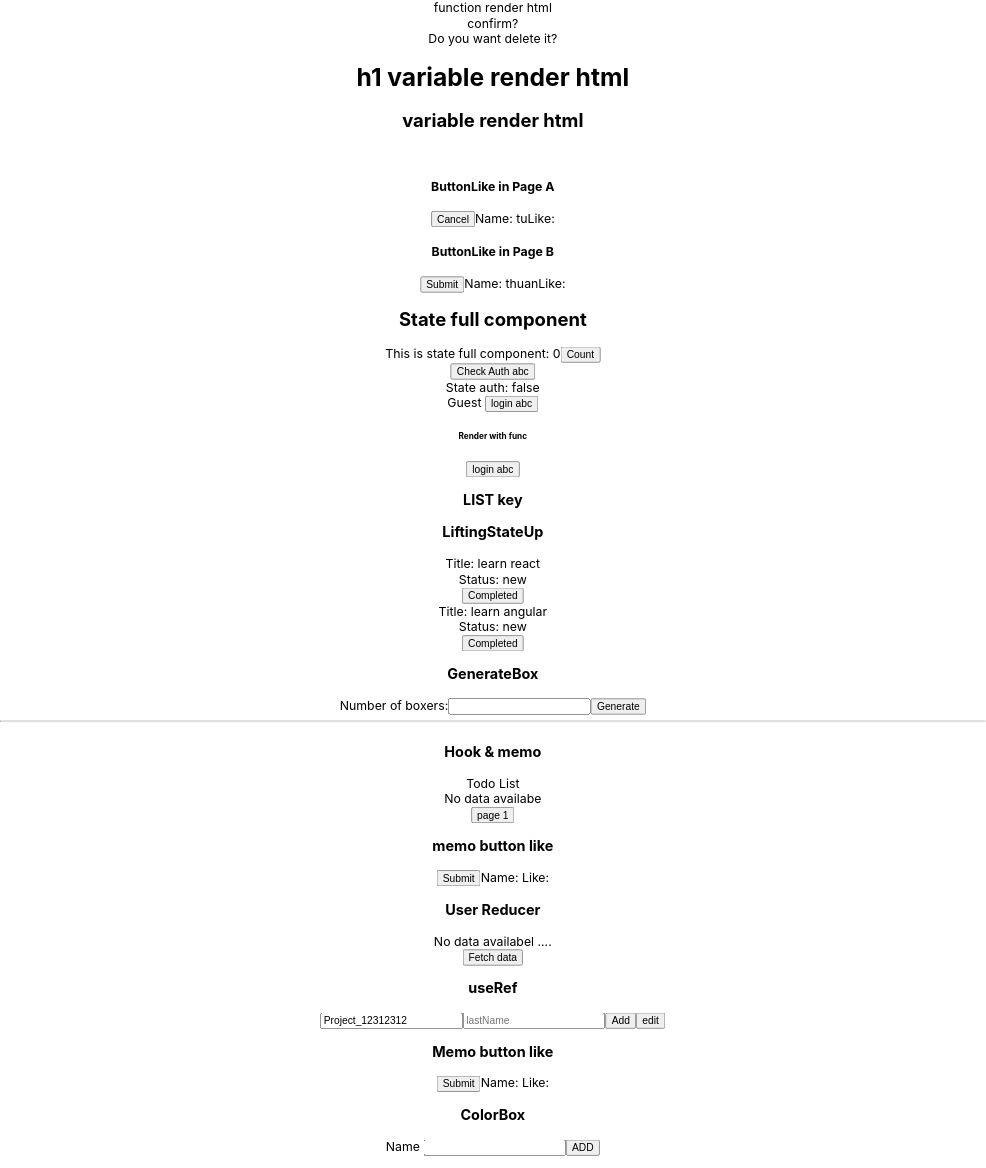
Repository: HoangTu18/reactjs-exercise
Page: /
An editor plug-in stored every save of this project. The page is shown before and after a run of saves, followed by the edit.
The browser window is 1280 px wide. The pictures show the whole page, at 77% of full size.
The page's requests for data from a server got no answer. The project was rebuilt for these pictures with package versions that can differ from the ones it lists, and the page was loaded fresh each time. No one was signed in, and anything a server would have sent is missing. Also part of the build but not shown: src/pages/StateObject.jsx, src/components/GenerateBox/GenerateBoxItem.jsx.

Above is the page before, as saved 2022-06-15 15:31:58.

After the next 3 saves:
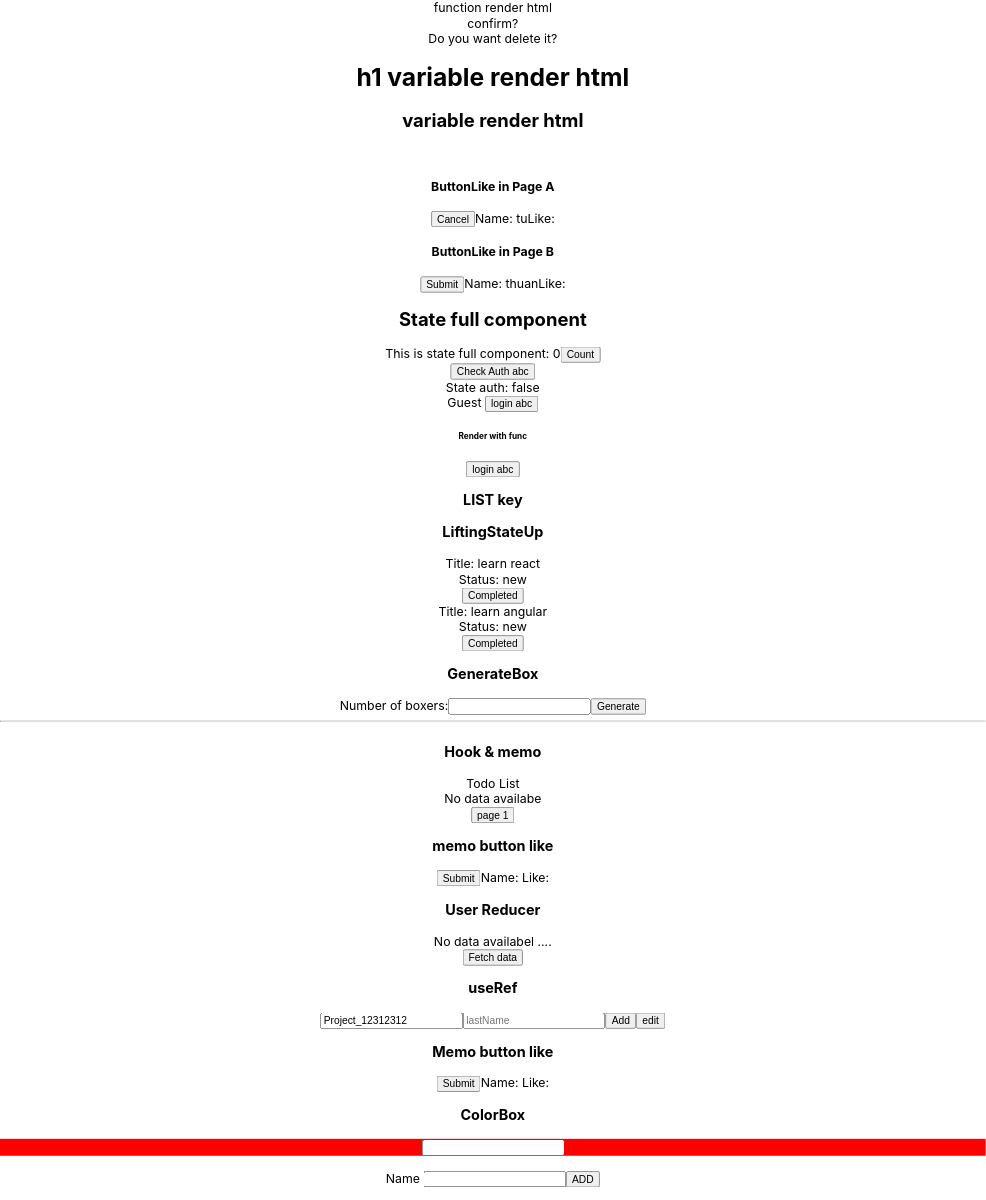
The 3 saves are shown as one change because 2 did not build or start.
The last was saved 44 s later.
--- a/src/exercise/ColorBox.jsx
+++ b/src/exercise/ColorBox.jsx
@@ -32,7 +32,13 @@ function ColorBox(props) {
       });
     }
   };
-  return <div className="container"></div>;
+  return (
+    <div className="container">
+      <div style={{ background: color["red"] }}>
+        <input />
+      </div>
+    </div>
+  );
 }
 
 export default ColorBox;
